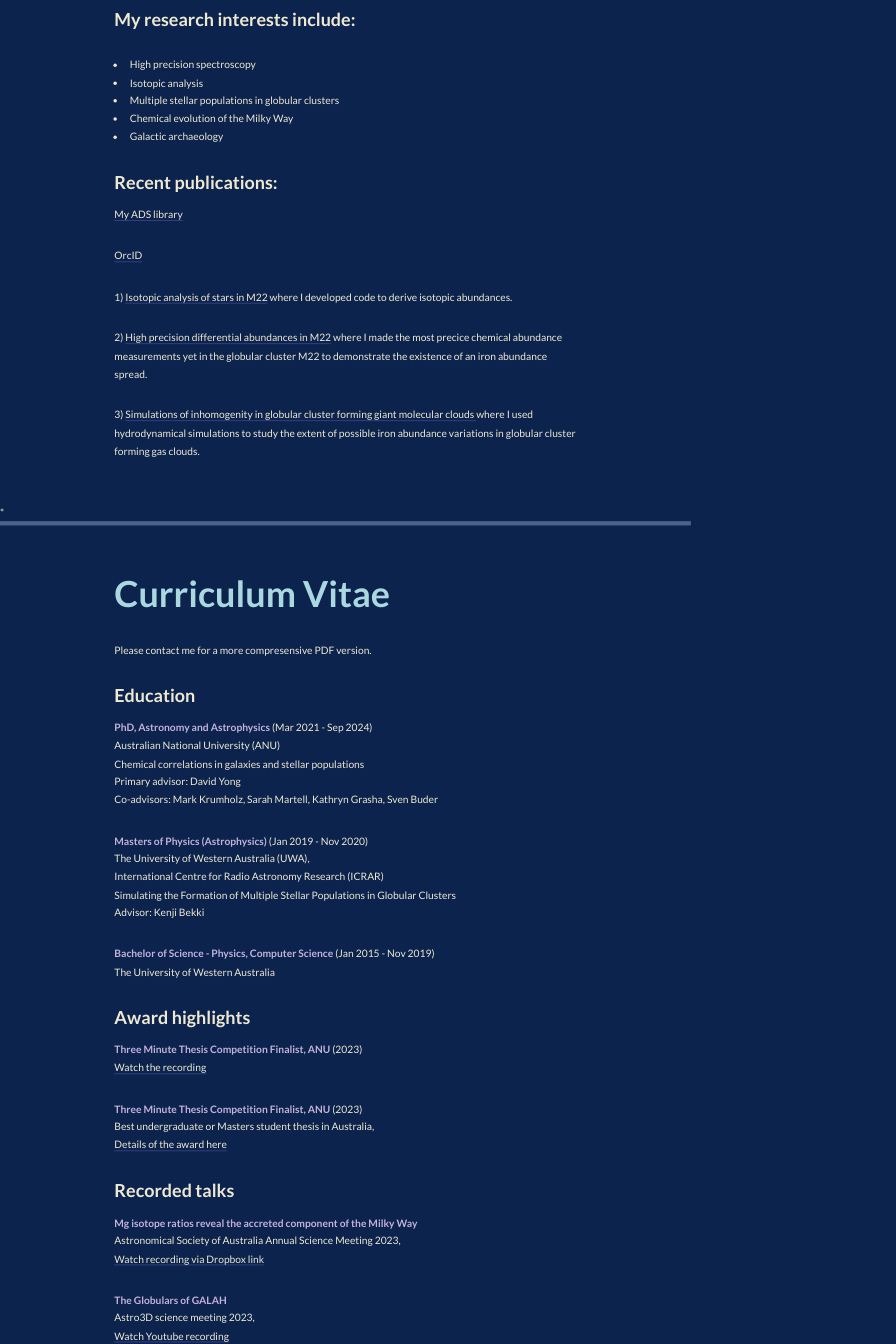
Repository: madeleine-mckenzie/madeleine-mckenzie.github.io
Page: index.html
The author's editor kept a copy of each file at every save. The page is drawn from the files as they stood at one save, then again after the next save.
The browser window is 1280 px wide. The pictures show the part of the page from y = 1181 to 3101 px (the page is 4155 px tall before and 4175 px after), at 70% of full size.
Backgrounds fixed to the window are drawn as part of the page.

Above is the page before, as saved 2023-11-12 16:50:11.

### index.html
<!DOCTYPE HTML>
<!--
    Read Only by HTML5 UP
    html5up.net | @ajlkn
    Free for personal and commercial use under the CCA 3.0 license (html5up.net/license)
-->
<html>
    <head>
        <title>M. McKenzie</title>
        <meta charset="utf-8" />
        <meta name="viewport" content="width=device-width, initial-scale=1, user-scalable=no" />
        <link rel="stylesheet" href="assets/css/main.css" />
        <style>
            /* Custom style */
            body {
                background: url('images/2023_ANU_3MT_20230727_ANU2022 3.jpg') no-repeat center center fixed;
                background-size: cover;
            }
        </style>
    </head>
    <body class="is-preload">

        <!-- Header -->
        <section id="header">
            <header>
                <!-- Avatar image next to name -->
                <span class="image avatar"><img src="images/IG_DP.jpeg" alt="Madeleine L. McKenzie" /></span>
                <h1>Madeleine L. McKenzie</h1>
                <p>PhD candidate at the Australian National University </p>
                <p> <a href="mailto:madeleine.mckenzie@anu.edu.au">madeleine.mckenzie@anu.edu.au</a></p>
            </header>
            <nav id="nav">
                <ul>
                    <li><a href="#one" class="active">About</a></li>
                    <li><a href="#two">My Research</a></li>
                    <li><a href="#three">CV</a></li>
                    <li><a href="#four">Resources</a></li>
                    <li><a href="#five">Contact</a></li>
                </ul>
            </nav>
        </section>

        <!-- Wrapper -->
        <div id="wrapper">

            <!-- Main -->
            <div id="main">

                <!-- One -->
                <section id="one">
                    <div class="image main" data-position="center">
                        <!-- Top banner image -->
                        <img src="images/2023_ANU_3MT_20230727_ANU2022.jpg" alt="" />
                    </div>
                    <div class="container">
                        <header class="major">
                            <h2>Hi</h2>
                        </header>
                        <p>I'm Madeleine, an Australian astrophysicist interested in globular clusters all things Milky Way. I was born and raised in Perth, Western Australia,
                            and completed my undergraduate degree and Masters of Astrophysics at the University of Western Australia and International Centre
                            for Radio Astronomy Research. My Masters thesis, titled <b>Simulating the Formation of Multiple Stellar Populations in Globular Clusters</b>, was supervised
                            by Professor Kenji Bekki. I am currently a <b>PhD candidate at the Australian National University</b>, supervised by Dr. David Yong and
                            Professor Mark Krumholz. I primarily work on high precision spectroscopy and isotopic analysis of globular clusters.
                            I am in my final year of my PhD and am currently applying for postdoc positions.
                        </p>
                    </div>
                </section>

                <!-- Two -->
                <section id="two">
                    <div class="container">
                        <header class="major">
                            <h2>My Research</h2>
                        </header>
                        <h3>My research interests include:</h3>
                        <p><ul>
                                <li>High precision spectroscopy</li>
                                <li>Isotopic analysis</li>
                                <li>Multiple stellar populations in globular clusters</li>
                                <li>Chemical evolution of the Milky Way</li>
                                <li>Galactic archaeology</li>
                            </ul>
                        <h3>Recent publications:</h3>
                        <p><a href="https://ui.adsabs.harvard.edu/user/libraries/K8q3Fv2nS-eG0YgK9U_ysw">My ADS library</a></p>
                        <p><a href="https://orcid.org/0000-0002-1715-1257">OrcID</a></p>

                        <p>1) <a href="https://ui.adsabs.harvard.edu/abs/2023MNRAS.tmp.2870M/abstract">Isotopic analysis of stars in M22</a> where I developed code to
                        derive isotopic abundances.</p>
                        <p>2) <a href="https://ui.adsabs.harvard.edu/abs/2022MNRAS.516.3515M/abstract">High precision differential abundances in M22</a> where I
                        made the most precice chemical abundance measurements yet in the globular cluster M22 to demonstrate the existence of an iron abundance spread.</p>
                        <p>3) <a href="https://ui.adsabs.harvard.edu/abs/2022MNRAS.516.3515M/abstract">Simulations of inhomogenity in globular cluster forming giant
                            molecular clouds </a> where I used hydrodynamical simulations to study the extent of possible iron abundance variations in
                             globular cluster forming gas clouds.</p>
                        </p>

                    </div>*
                </section>

                <!-- three -->
                <section id="three">
                    <div class="container">
                        <header class="major">
                            <h2>Curriculum Vitae</h2>
                        </header>
                        <p>Please contact me for a more compresensive PDF version.</p>

                        <h3>Education</h3>
                        <p><b>PhD, Astronomy and Astrophysics </b>  (Mar 2021 - Sep 2024)<br />
                            Australian National University (ANU)<br />
                            Chemical correlations in galaxies and stellar populations<br />
                            Primary advisor: David Yong<br />
                            Co-advisors: Mark Krumholz, Sarah Martell, Kathryn Grasha, Sven Buder
                        </p>
                        <p> <b>Masters of Physics (Astrophysics)</b>  (Jan 2019 - Nov 2020)<br />
                            The University of Western Australia (UWA),<br />
                            International Centre for Radio Astronomy Research (ICRAR)<br />
                            Simulating the Formation of Multiple Stellar Populations in Globular Clusters <br />
                            Advisor: Kenji Bekki
                        </p>
                        <p> <b>Bachelor of Science - Physics, Computer Science </b>  (Jan 2015 - Nov 2019)<br />
                            The University of Western Australia</p>
                        </p>

                        <h3>Award highlights</h3>
                        <p><b>Three Minute Thesis Competition Finalist, ANU </b>  (2023)<br />
                        <a href="https://www.youtube.com/watch?v=GKc33CGIitY&t=3706s">Watch the recording</a>
                        </p>

                        <p><b>Three Minute Thesis Competition Finalist, ANU </b>  (2023)<br />
                            Best undergraduate or Masters student thesis in Australia, <br />
                            <a href="https://asa.astronomy.org.au/prizes_and-grants/prizes-awards/bok-prize/">Details of the award here</a>
                            </p>

                        <h3>Recorded talks</h3>

                        <p><b>Mg isotope ratios reveal the accreted component of the Milky Way </b> <br />
                            Astronomical Society of Australia Annual Science Meeting 2023, <br />
                            <a href="https://www.dropbox.com/scl/fo/u4ltsiigp58la88ctc9fa/h/DAY%204/MASON%20THEATRE/Day%204_Session%2013A.3_Madeleine%20McKenzie.mov?rlkey=amzaq17vsae1m4esvlgar2m0k&dl=0 ">Watch recording via Dropbox link</a>
                            </p>

                        <p><b>The Globulars of GALAH </b> <br />
                            Astro3D science meeting 2023, <br />
                            <a href="https://www.youtube.com/watch?v=rzf3bCFw7u4&ab_channel=ASTRO3D">Watch Youtube recording</a>
                            </p>

                        <p><b>Chemical abudnances in the metal poor globular cluster M22 </b> <br />
                            Astro3D science meeting 2021, <br />
                            <a href="https://www.youtube.com/watch?v=3hCc7SoufvI&ab_channel=ASTRO3D">Watch Youtube recording</a>
                            </p>

                        <p><b>Simulations of Globular Clusters </b> <br />
                            Astronomical Society of Australia Annual Science Meeting Bok Prize lecture 2021, <br />
                            <a href="https://www.youtube.com/watch?v=-FdlgHLuMKA&t=148s&ab_channel=AstronomicalSocietyofAustralia">Watch Youtube recording</a>
                            </p>

                    </div>
                </section>

                 <!-- four -->
                 <section id="four">
                    <div class="container">
                        <header class="major">
                            <h2>Resources & Outreach</h2>
                        </header>
                        <p>Surveying the Milky Way Conference 2023 poster</p>

                    </div>
                </section>

                <!-- Three -->
                <section id="five">
                    <div class="container">
                        <header class="major">
                            <h2>Get in touch</h2>
                        </header>
                        <p>University email: <a href="mailto:madeleine.mckenzie@anu.edu.au">madeleine.mckenzie@anu.edu.au</a></p>
                        <p>Gmail: <a href="mailto:madeleine.l.mckenzie@gmail.com">madeleine.l.mckenzie@gmail.com</a></p>
                        <p>Twitter: <a href="https://twitter.com/MadellanicCloud" target="_blank">@MadellanicCloud</a></p>
                    </div>
                </section>

            </div>

            <!-- Footer -->
            <section id="footer">
                <div class="container">
                    <ul class="copyright">
                        <li>&copy; M. McKenzie</li>
                        <li>Design: <a href="http://html5up.net">HTML5 UP</a></li>
                    </ul>
                </div>
            </section>

        </div>

        <!-- Scripts -->
        <script src="assets/js/jquery.min.js"></script>
        <script src="assets/js/jquery.scrollex.min.js"></script>
        <script src="assets/js/jquery.scrolly.min.js"></script>
        <script src="assets/js/browser.min.js"></script>
        <script src="assets/js/breakpoints.min.js"></script>
        <script src="assets/js/util.js"></script>
        <script src="assets/js/main.js"></script>

    </body>
</html>

Loaded but not shown: assets/css/fontawesome-all.min.css (library); assets/js/jquery.min.js (library); assets/js/jquery.scrollex.min.js (common file); assets/js/jquery.scrolly.min.js (common file); assets/js/browser.min.js (common file); assets/js/breakpoints.min.js (common file); assets/js/util.js (587 lines, source omitted); assets/js/main.js (159 lines, source omitted); assets/css/main.css (3340 lines, source omitted)

After the next save:
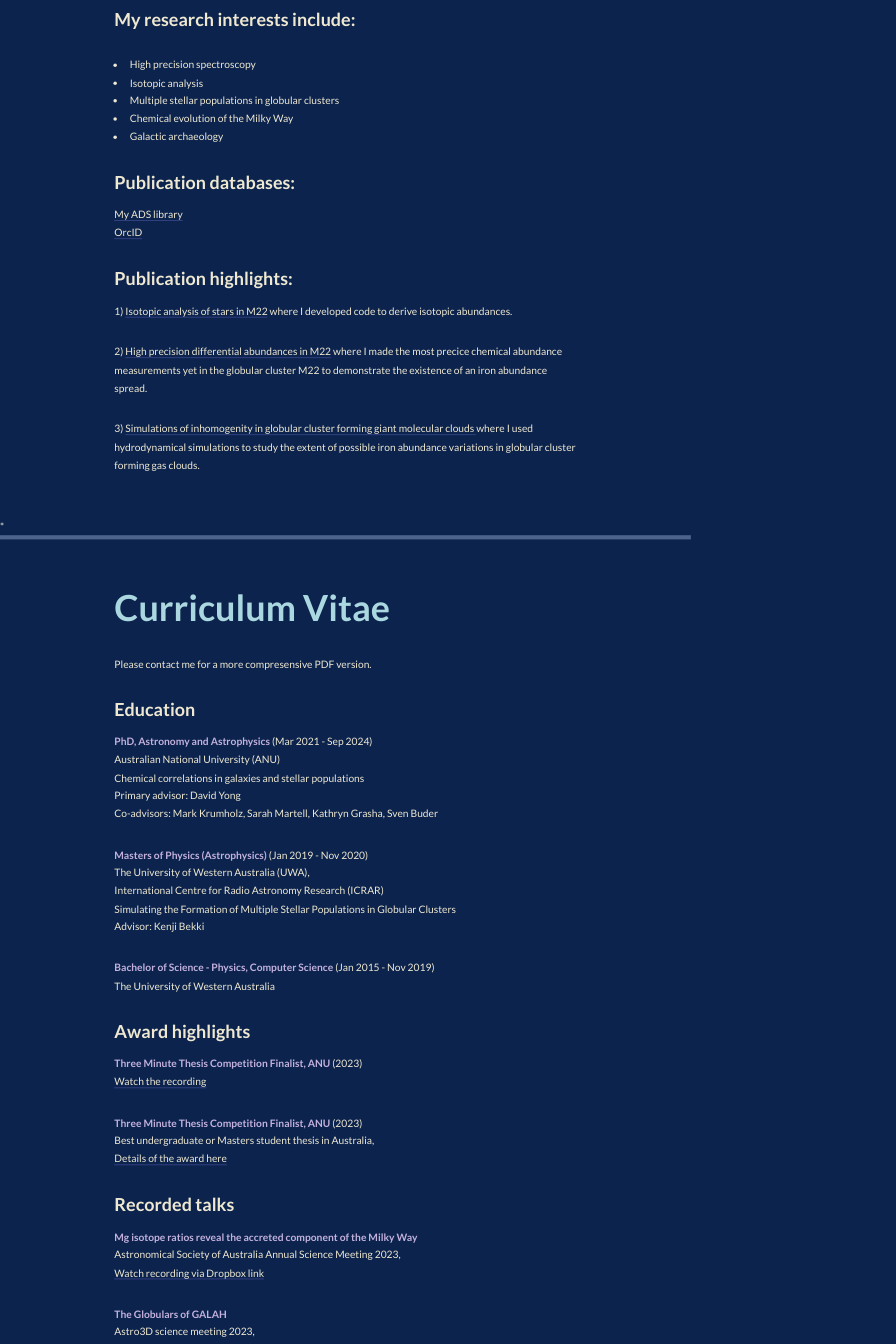
Saved 90 s later.
--- a/index.html
+++ b/index.html
@@ -80,10 +80,11 @@
                                 <li>Chemical evolution of the Milky Way</li>
                                 <li>Galactic archaeology</li>
                             </ul>
-                        <h3>Recent publications:</h3>
-                        <p><a href="https://ui.adsabs.harvard.edu/user/libraries/K8q3Fv2nS-eG0YgK9U_ysw">My ADS library</a></p>
-                        <p><a href="https://orcid.org/0000-0002-1715-1257">OrcID</a></p>
-
+                        <h3>Publication databases:</h3>
+                        <p><a href="https://ui.adsabs.harvard.edu/user/libraries/K8q3Fv2nS-eG0YgK9U_ysw">My ADS library</a> <br />
+                        <a href="https://orcid.org/0000-0002-1715-1257">OrcID</a></p>
+
+                        <h3>Publication highlights:</h3>
                         <p>1) <a href="https://ui.adsabs.harvard.edu/abs/2023MNRAS.tmp.2870M/abstract">Isotopic analysis of stars in M22</a> where I developed code to
                         derive isotopic abundances.</p>
                         <p>2) <a href="https://ui.adsabs.harvard.edu/abs/2022MNRAS.516.3515M/abstract">High precision differential abundances in M22</a> where I
